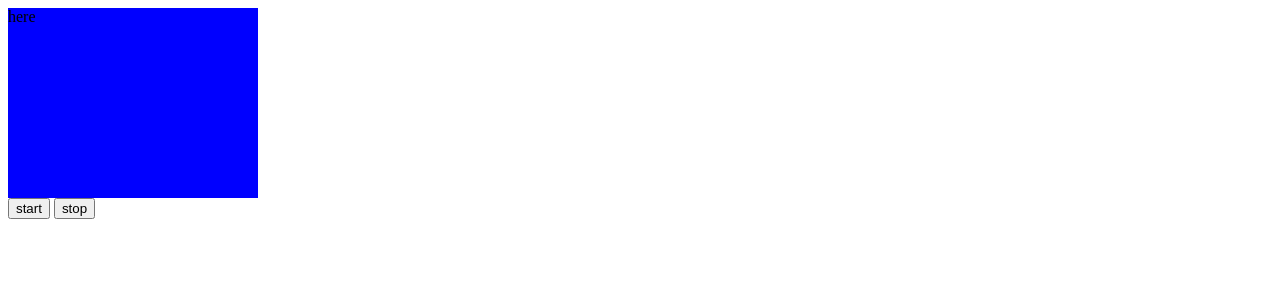
Repository: PoojaShirwaikar/BlockhainTest
Page: javascript/JQueryDemo/WebContent/queue.html
An editor plug-in stored every save of this project. The page is shown before and after a run of saves, followed by the edit.
The browser window is 1280 px wide. The pictures show the whole page.
Some web libraries are served in a nearby version.

Above is the page before, as saved 2017-11-14 09:22:29.

After the next 2 saves:
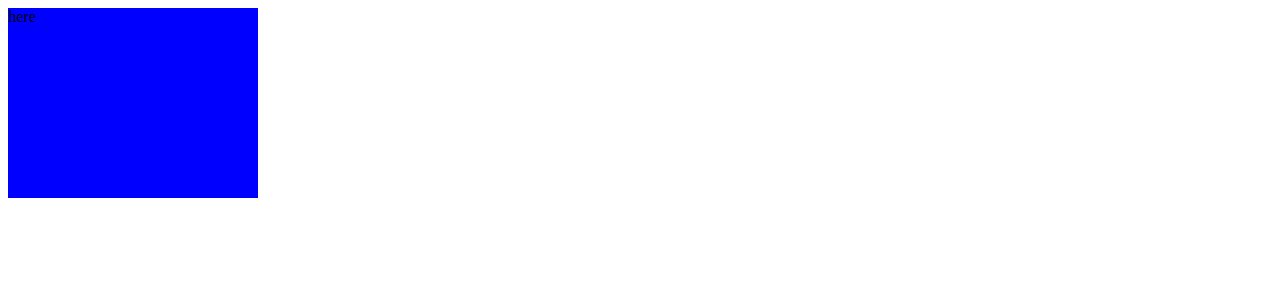
The 2 saves are shown as one change because they came seconds apart.
The last was saved 79 s later.
--- a/javascript/JQueryDemo/WebContent/queue.html
+++ b/javascript/JQueryDemo/WebContent/queue.html
@@ -10,6 +10,7 @@ div {
 	width: 250px;
 	height: 190px;
 	background-color: blue;
+	position: absolute;
 }
 
 .red {
@@ -24,11 +25,11 @@ div {
 <script>
 	$(function() {
 		$("#start").click(function() {
-			$("div").animate({left : "+=200px"}, 2000)
-			.queue(function() {
+			$("div").animate({
+				left : "+=200px"
+			}, 2000).queue(function() {
 				$(this).toggleClass("red").dequeue();
-			})
-			.queue(function() {
+			}).queue(function() {
 				$(this).addClass("customBorder").dequeue();
 			})
 		})
